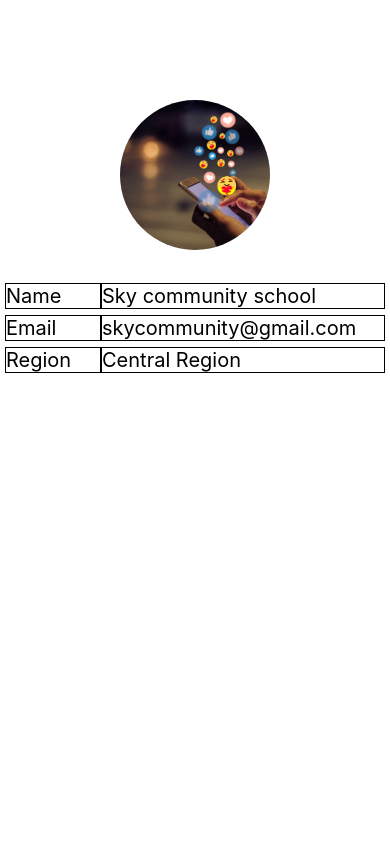
Repository: 2000-Nanayaw/MobileApp
Screen: /
An editor plug-in stored every save of this project. The screen is shown before and after the next save, followed by the edit.
The app was drawn by React Native's web renderer in a window 390 px wide. The project was rebuilt for these pictures with package versions that can differ from the ones it lists, and the page was loaded fresh each time.

Above is the screen before, as saved 2023-08-28 04:42:45.

### App.js
// import { StatusBar } from "expo-status-bar";
// import { Button, Text, TextInput, View, StyleSheet } from "react-native";

// function jsar() {
//   return (
//     <View style={style.container}>
//       <Text style={style.firstText}>this is my new app</Text>
//       <Text style={style.colors}>how are you i am always happy</Text>
//       <Text style={style.colors}>MOBILE APP DEVELOPMENT</Text>
//       <Text style={style.colors}>MOBILE APP DEVELOPMENT</Text>
//       <TextInput title="MOBILE APP DEVELOPMENT" />
//       <Button title="this is a good button" />
//     </View>
//   );
// }
// const style = StyleSheet.create({
//   colors: {
//     backgroundColor: "orange",
//     color: "red",
//   },
//   container: {
//     flex: 1,
//     backgroundColor: "yellow",
//     flexDirection: "column",
//     justifyContent: "space-around",
//     alignItems: "center",

//   },
//   firstText:{
//     position: "absolute",
//     top:100,
//   }
// });
// export default jsar;

import { StatusBar } from "expo-status-bar";
import { Button, Text, View, StyleSheet,Image } from "react-native";

function jsar() {
  return (
    <View style= {styles.container}>
      <Image source={require("./assets/profile.jpg")} style={styles.image}/>
      <View style={styles.detailContainer}>
        <Text style={styles.label}>Name</Text>
        <Text style= {[styles.label,styles.info]}>Sky community school</Text>
      </View>
      <View style={styles.detailContainer}>
        <Text style={styles.label}>Email</Text>
        <Text style= {[styles.label,styles.info]}>skycommunity@gmail.com</Text>
      </View>
      <View style={styles.detailContainer}>
        <Text style={styles.label}>Region</Text>
        <Text style= {[styles.label,styles.info]}>Central Region</Text>
      </View>
    </View>
  );
}
const styles = StyleSheet.create({
container: {
  flex: 1,
  marginHorizontal: 5,
},
image: {
  height: 150,
  width: 150,
  borderRadius: 75,
  marginBottom: 30,
  alignSelf: "center",
  marginTop: 100,
},
detailContainer: {
  flexDirection: "row",
  marginVertical: 3,

},
label:{
  borderColor: "black",
  borderWidth: 1,
  fontSize: 20,
  flex: 2.5,
},
info:{
  flex: 7.5,
}
});
export default jsar;

After the next save:
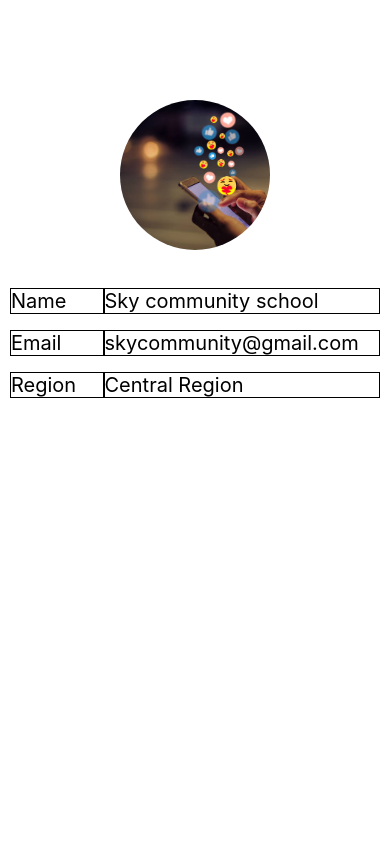
Saved 19 s later.
--- a/App.js
+++ b/App.js
@@ -71,7 +71,7 @@ image: {
 detailContainer: {
   flexDirection: "row",
   marginVertical: 3,
-
+  padding: 5,
 },
 label:{
   borderColor: "black",
